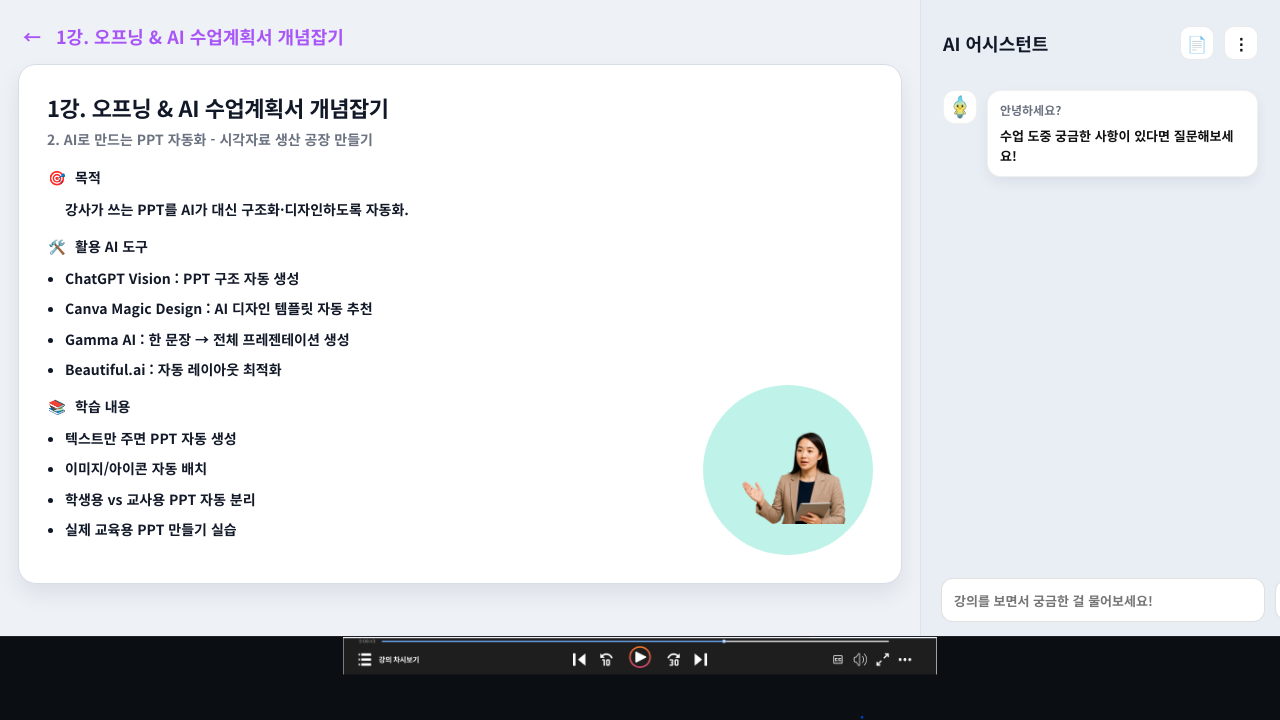
Repository: Iimchaehoon/level_up
Page: player.html
These files come from the project's save history. The page is drawn as it stood at one moment and after the next save; the edit follows.
The browser window is 1280 px wide. The pictures show the whole page.

Above is the page before, as saved 2025-12-16 23:43:56.

### player.html
<!doctype html>
<html lang="ko">
<head>
  <meta charset="UTF-8" />
  <meta name="viewport" content="width=device-width,initial-scale=1" />
  <title>강의 플레이어 | LEVEL-UP</title>

  <link rel="preconnect" href="https://fonts.googleapis.com" />
  <link rel="preconnect" href="https://fonts.gstatic.com" crossorigin />
  <link href="https://fonts.googleapis.com/css2?family=Noto+Sans+KR:wght@400;500;700;800&display=swap" rel="stylesheet" />

  <style>
    :root{
      --bg:#eef1f6;
      --card:#ffffff;
      --line:#d6dde8;
      --text:#111827;
      --muted:#6b7280;
      --purple:#a855f7;
      --shadow:0 10px 22px rgba(15,23,42,.08);
      --radius:18px;
      --sidebarW:360px;
      --playerH:84px;
    }

    *{ box-sizing:border-box; }
    html,body{ height:100%; }
    body{
      margin:0;
      font-family:"Noto Sans KR",system-ui,-apple-system,BlinkMacSystemFont,"Segoe UI",sans-serif;
      color:var(--text);
      background:var(--bg);
      overflow:hidden; /* 피그마처럼 전체 스크롤 최소화 */
    }
    img{ max-width:100%; display:block; }
    button,input{ font-family:inherit; }
    a{ color:inherit; text-decoration:none; }

    /* ===== 전체 레이아웃 ===== */
    .app{
      height:100vh;
      display:grid;
      grid-template-columns: 1fr var(--sidebarW);
      padding-bottom: var(--playerH); /* 하단 플레이어바 자리 */
    }

    /* ===== 좌측 컨텐츠 ===== */
    .stage{
      position:relative;
      padding:18px 18px 18px 18px;
      overflow:auto;
    }

    .topline{
      display:flex;
      align-items:center;
      gap:10px;
      padding:4px 0 14px;
      color:var(--purple);
      font-weight:800;
      font-size:18px;
    }
    .back{
      width:28px; height:28px;
      border-radius:999px;
      display:grid; place-items:center;
      cursor:pointer;
      user-select:none;
    }
    .back:hover{ background:rgba(168,85,247,.12); }

    .content-card{
      background:var(--card);
      border:1px solid var(--line);
      border-radius: var(--radius);
      box-shadow: var(--shadow);
      padding:26px 28px;
      min-height: 520px;
      position:relative;
    }

    .h1{
      margin:0 0 6px;
      font-size:22px;
      font-weight:900;
      letter-spacing:-0.02em;
    }
    .h2{
      margin:0 0 18px;
      font-size:14px;
      font-weight:700;
      color:var(--muted);
    }

    .sec{
      margin-top:14px;
    }
    .sec-title{
      display:flex;
      align-items:center;
      gap:8px;
      margin:0 0 10px;
      font-weight:900;
      font-size:14px;
    }
    .sec-title .emoji{
      width:20px;
      display:inline-grid;
      place-items:center;
      font-size:14px;
    }
    .bullets{
      margin:0;
      padding-left:18px;
      color:var(--text);
      font-weight:600;
      line-height:1.75;
      font-size:14px;
    }
    .bullets li{ margin:6px 0; }

    /* 우하단 강사 이미지(원형 배경) */
    .teacher-badge{
      position:absolute;
      right:28px;
      bottom:28px;
      width:170px;
      height:170px;
      border-radius:999px;
      background: #bff3ea;
      display:grid;
      place-items:center;
    }
    .teacher-badge img{
      width:145px;
      height:auto;
      transform: translateY(6px);
    }

    /* ===== 우측 AI 어시스턴트 ===== */
    .sidebar{
      background:#e9edf4;
      border-left:1px solid rgba(0,0,0,.05);
      display:flex;
      flex-direction:column;
      padding:16px 14px 14px;
      overflow:hidden;
    }

    .side-head{
      display:flex;
      align-items:center;
      justify-content:space-between;
      padding:10px 8px 12px;
      font-weight:900;
      font-size:18px;
    }
    .side-actions{
      display:flex;
      gap:10px;
      color:#111;
    }
    .iconbtn{
      width:34px;
      height:34px;
      border-radius:10px;
      border:1px solid rgba(0,0,0,.08);
      background:#fff;
      cursor:pointer;
      display:grid;
      place-items:center;
      font-size:16px;
      user-select:none;
    }
    .iconbtn:hover{ background:#f7f8fb; }

    .chat{
      flex:1;
      overflow:auto;
      padding:8px 8px 10px;
    }

    .msg{
      display:flex;
      gap:10px;
      align-items:flex-start;
      margin:10px 0;
    }
    .avatar{
      width:34px;
      height:34px;
      border-radius:12px;
      background:#fff;
      border:1px solid rgba(0,0,0,.06);
      display:grid;
      place-items:center;
      overflow:hidden;
      flex:0 0 auto;
    }
    .avatar img{ width:26px; height:26px; object-fit:contain; }

    .bubble{
      max-width: 92%;
      background:#fff;
      border:1px solid rgba(0,0,0,.06);
      border-radius:14px;
      padding:10px 12px;
      line-height:1.55;
      font-size:13px;
      font-weight:600;
      color:#111;
      box-shadow: 0 6px 14px rgba(15,23,42,.06);
    }
    .bubble .muted{
      color:var(--muted);
      font-weight:700;
      font-size:12px;
      margin-bottom:6px;
      display:block;
    }

    .msg.user{
      justify-content:flex-end;
    }
    .msg.user .bubble{
      background:#111827;
      color:#fff;
      border-color:#111827;
      box-shadow:none;
    }

    .composer{
      padding:10px 6px 0;
      display:flex;
      gap:10px;
      align-items:center;
    }
    .input{
      flex:1;
      height:44px;
      border-radius:12px;
      border:1px solid rgba(0,0,0,.12);
      background:#fff;
      padding:0 12px;
      outline:none;
      font-size:13px;
      font-weight:600;
    }
    .send{
      width:46px;
      height:44px;
      border-radius:14px;
      border:1px solid rgba(0,0,0,.12);
      background:#fff;
      cursor:pointer;
      display:grid;
      place-items:center;
      font-size:18px;
      user-select:none;
    }
    .send:hover{ background:#f7f8fb; }

    /* ===== 하단 플레이어 바 ===== */
    .playerbar{
      position:fixed;
      left:0; right:0; bottom:0;
      height: var(--playerH);
      background:#0b0f14;
      display:flex;
      align-items:center;
      justify-content:center;
      z-index:50;
      border-top:1px solid rgba(255,255,255,.08);
    }
    .playerbar img{
      height:100%;
      width:100%;
      object-fit:contain; /* 피그마처럼 한 장 이미지로 꽉 */
    }

    /* 반응형: 좁아지면 사이드 내려가게 */
    @media (max-width: 980px){
      body{ overflow:auto; }
      .app{
        height:auto;
        grid-template-columns: 1fr;
        padding-bottom: var(--playerH);
      }
      .sidebar{
        height: 520px;
      }
    }
  </style>
</head>

<body>
  <div class="app">

    <!-- ===== 좌측 강의 화면 ===== -->
    <section class="stage" aria-label="강의 화면">
      <div class="topline">
        <div class="back" id="backBtn" title="뒤로가기">←</div>
        <div>1강. 오프닝 &amp; AI 수업계획서 개념잡기</div>
      </div>

      <div class="content-card">
        <h1 class="h1">1강. 오프닝 &amp; AI 수업계획서 개념잡기</h1>
        <p class="h2">2. AI로 만드는 PPT 자동화 - 시각자료 생산 공장 만들기</p>

        <div class="sec">
          <p class="sec-title"><span class="emoji">🎯</span> 목적</p>
          <div class="bullets">
            강사가 쓰는 PPT를 AI가 대신 구조화·디자인하도록 자동화.
          </div>
        </div>

        <div class="sec">
          <p class="sec-title"><span class="emoji">🛠️</span> 활용 AI 도구</p>
          <ul class="bullets">
            <li>ChatGPT Vision : PPT 구조 자동 생성</li>
            <li>Canva Magic Design : AI 디자인 템플릿 자동 추천</li>
            <li>Gamma AI : 한 문장 → 전체 프레젠테이션 생성</li>
            <li>Beautiful.ai : 자동 레이아웃 최적화</li>
          </ul>
        </div>

        <div class="sec">
          <p class="sec-title"><span class="emoji">📚</span> 학습 내용</p>
          <ul class="bullets">
            <li>텍스트만 주면 PPT 자동 생성</li>
            <li>이미지/아이콘 자동 배치</li>
            <li>학생용 vs 교사용 PPT 자동 분리</li>
            <li>실제 교육용 PPT 만들기 실습</li>
          </ul>
        </div>

        <!-- 우하단 원형 강사 이미지 -->
        <div class="teacher-badge" aria-hidden="true">
          <img src="./player/image_1917.png" alt="강사" />
        </div>
      </div>
    </section>

    <!-- ===== 우측 AI 어시스턴트 ===== -->
    <aside class="sidebar" aria-label="AI 어시스턴트">
      <div class="side-head">
        <div>AI 어시스턴트</div>
        <div class="side-actions">
          <div class="iconbtn" title="문서">📄</div>
          <div class="iconbtn" title="더보기">⋮</div>
        </div>
      </div>

      <div class="chat" id="chat">
        <div class="msg bot">
          <div class="avatar"><img src="./player/image_1864.png" alt="마스코트" /></div>
          <div class="bubble">
            <span class="muted">안녕하세요?</span>
            수업 도중 궁금한 사항이 있다면 질문해보세요!
          </div>
        </div>
      </div>

      <div class="composer">
        <input id="chatInput" class="input" type="text" placeholder="강의를 보면서 궁금한 걸 물어보세요!" />
        <button id="sendBtn" class="send" type="button" aria-label="전송">➜</button>
      </div>
    </aside>
  </div>

  <!-- ===== 하단 플레이어(이미지 1:1) ===== -->
  <div class="playerbar" aria-label="플레이어">
    <img src="./player/plyer_icon.png" alt="플레이어 바" />
  </div>

  <script>
    // ===== 뒤로가기(나의 강의로) =====
    document.getElementById("backBtn").addEventListener("click", () => {
      // 네 파일명이 my_lecture.html 이면 그대로, 다르면 수정
      window.location.href = "my_lecture.html";
    });

    // ===== 간단 AI Q&A (수업/강의 관련 키워드 기반) =====
    const chat = document.getElementById("chat");
    const input = document.getElementById("chatInput");
    const sendBtn = document.getElementById("sendBtn");

    // "강의 내용" 기반으로만 답하도록 룰을 잡아줌 (원하는대로 문구 변경 가능)
    function answer(text){
      const t = (text || "").trim().toLowerCase();

      // 빈값
      if(!t) return "질문을 입력해줘! 예: “오늘 강의 목적이 뭐야?”";

      // 범용
      if (t.includes("목적") || t.includes("왜") || t.includes("무슨 목적")) {
        return "이 파트의 목적은 **강사가 쓰는 PPT를 AI가 대신 구조화·디자인하도록 자동화**하는 거야.";
      }
      if (t.includes("도구") || t.includes("툴") || t.includes("사용") || t.includes("뭐로")) {
        return "활용 도구는 **ChatGPT Vision / Canva Magic Design / Gamma AI / Beautiful.ai**야.";
      }
      if (t.includes("chatgpt")) {
        return "ChatGPT Vision은 **PPT 구조(목차/슬라이드 흐름/핵심요약)**을 자동으로 잡아주는 데 좋아.";
      }
      if (t.includes("canva")) {
        return "Canva Magic Design은 **템플릿/레이아웃 추천**으로 디자인 시간을 확 줄여줘.";
      }
      if (t.includes("gamma")) {
        return "Gamma AI는 **한 문장만 줘도 전체 프레젠테이션**을 빠르게 만들어주는 쪽에 강해.";
      }
      if (t.includes("beautiful")) {
        return "Beautiful.ai는 **자동 레이아웃 정렬/정돈**이 강점이라 발표자료 마감 직전에 특히 유용해.";
      }
      if (t.includes("학습") || t.includes("배우는") || t.includes("내용")) {
        return "학습 내용은 **텍스트→PPT 자동 생성 / 이미지·아이콘 자동 배치 / 학생용·교사용 분리 / 교육용 PPT 만들기 실습**이야.";
      }
      if (t.includes("학생") || t.includes("교사용") || t.includes("분리")) {
        return "학생용/교사용 분리는 **표현 난이도·설명량·정답/해설 포함 여부**를 기준으로 AI에게 역할을 나눠서 생성시키면 돼.";
      }
      if (t.includes("질문") || t.includes("프롬프트") || t.includes("예시")) {
        return "예시 프롬프트: “중3 대상 45분 수업, 주제는 OOO. 학생용 10장/교사용 10장으로 나눠서 슬라이드 구조와 핵심 문장, 이미지 아이디어까지 제안해줘.”";
      }

      // 범위 밖 질문 필터(원하면 삭제 가능)
      if (t.includes("정치") || t.includes("주식") || t.includes("날씨")) {
        return "지금은 **수업/강의 관련 질문**에만 답변할 수 있어. 강의 내용으로 질문해줘!";
      }

      // 기본 응답
      return "좋아. 질문을 조금만 더 구체적으로 말해줘! (예: “이번 파트에서 어떤 도구를 쓰는지”, “학습 내용 요약” 등)";
    }

    function addMsg(role, text){
      const row = document.createElement("div");
      row.className = "msg " + (role === "user" ? "user" : "bot");

      if(role !== "user"){
        const av = document.createElement("div");
        av.className = "avatar";
        const img = document.createElement("img");
        img.src = "./player/image_1864.png";
        img.alt = "마스코트";
        av.appendChild(img);

        const bubble = document.createElement("div");
        bubble.className = "bubble";
        bubble.innerHTML = text;

        row.appendChild(av);
        row.appendChild(bubble);
      }else{
        const bubble = document.createElement("div");
        bubble.className = "bubble";
        bubble.textContent = text;
        row.appendChild(bubble);
      }

      chat.appendChild(row);
      chat.scrollTop = chat.scrollHeight;
    }

    function send(){
      const q = input.value.trim();
      if(!q) return;

      addMsg("user", q);
      input.value = "";

      // 살짝 딜레이로 자연스럽게
      setTimeout(() => {
        const a = answer(q);
        addMsg("bot", a);
      }, 250);
    }

    sendBtn.addEventListener("click", send);
    input.addEventListener("keydown", (e) => {
      if(e.key === "Enter") send();
    });
  </script>
</body>
</html>

After the next save:
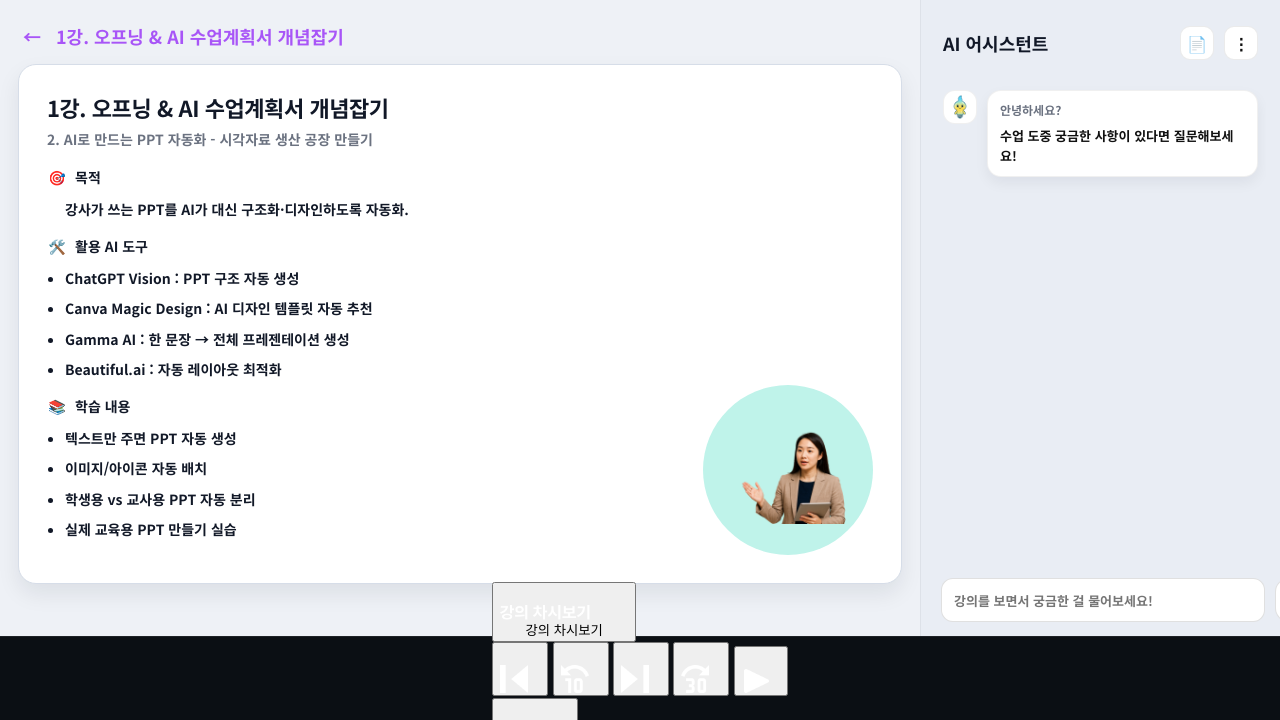
Saved 45 h 37 min later.
--- a/player.html
+++ b/player.html
@@ -273,9 +273,12 @@
       border-top:1px solid rgba(255,255,255,.08);
     }
     .playerbar img{
+      justify-content: center;
+      align-items: center;
       height:100%;
-      width:100%;
-      object-fit:contain; /* 피그마처럼 한 장 이미지로 꽉 */
+      width:70%;
+      margin-top: 20px;
+       /* 피그마처럼 한 장 이미지로 꽉 */
     }
 
     /* 반응형: 좁아지면 사이드 내려가게 */
@@ -369,9 +372,48 @@
   </div>
 
   <!-- ===== 하단 플레이어(이미지 1:1) ===== -->
-  <div class="playerbar" aria-label="플레이어">
-    <img src="./player/plyer_icon.png" alt="플레이어 바" />
+  <!-- ===== 하단 플레이어(조립형) ===== -->
+<div class="playerbar" aria-label="플레이어">
+  <div class="pb-inner">
+    <!-- 왼쪽: 차시보기 -->
+    <button class="pb-left" type="button" aria-label="강의 차시보기">
+      <img class="pb-icon" src="./assets/img7.png" alt="" />
+      <span class="pb-left-text">강의 차시보기</span>
+    </button>
+
+    <!-- 가운데: 재생 컨트롤 -->
+    <div class="pb-center" aria-label="재생 컨트롤">
+      <button class="pb-btn" type="button" aria-label="이전">
+        <img src="./assets/img4.png" alt="" />
+      </button>
+
+      <button class="pb-btn" type="button" aria-label="10초 뒤로">
+        <img src="./assets/img2.png" alt="" />
+      </button>
+
+      <button class="pb-btn pb-play" type="button" aria-label="재생/일시정지">
+        <img src="./assets/img3.png" alt="" />
+      </button>
+
+      <button class="pb-btn" type="button" aria-label="30초 앞으로">
+        <img src="./assets/img6.png" alt="" />
+      </button>
+
+      <button class="pb-btn" type="button" aria-label="다음">
+        <img src="./assets/img5.png" alt="" />
+      </button>
+    </div>
+
+    <!-- 오른쪽: (피그마 캡처에 맞춰 아이콘만 자리 확보)
+         img1 원형 아이콘을 “더보기/설정” 같은 자리로 쓰는 용도 -->
+    <div class="pb-right" aria-label="추가 메뉴">
+      <button class="pb-btn" type="button" aria-label="메뉴">
+        <img src="./assets/img1.png" alt="" />
+      </button>
+    </div>
   </div>
+</div>
+
 
   <script>
     // ===== 뒤로가기(나의 강의로) =====
